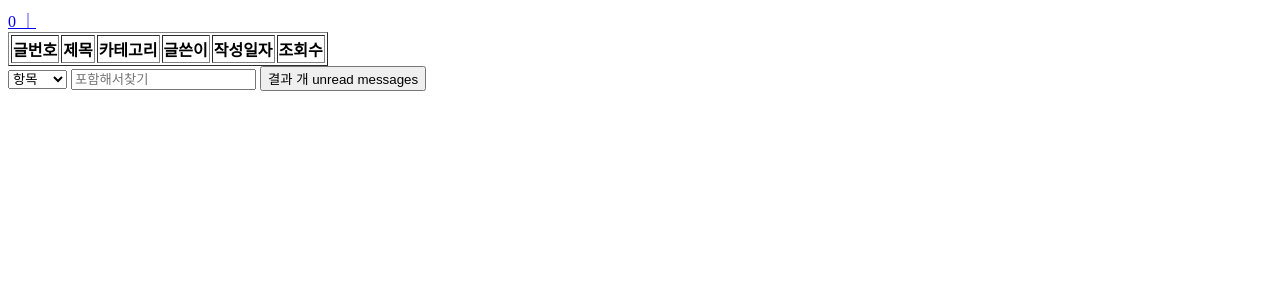
Repository: leehyeonung/project6
Page: http://localhost/book/WEB-INF/views/board/list.jsp
An editor plug-in stored every save of this project. The page is shown before and after the next save, followed by the edit.
The browser window is 1280 px wide. The pictures show the whole page.
The page is served by Tomcat 9. Nobody is signed in. Other server files are loaded and not shown. The template is opened directly, without the code that normally fills it, so the values that code supplies are empty.

Above is the page before, as saved 2023-01-04 06:12:18.

### book/src/main/webapp/WEB-INF/views/board/list.jsp
<%@ page language="java" contentType="text/html; charset=UTF-8"
    pageEncoding="UTF-8"%>
    <%@ taglib uri="http://java.sun.com/jsp/jstl/core" prefix="c"%>

<!DOCTYPE html>
<html>
<head>
<meta charset="UTF-8">
<title>Insert title here</title>
</head>
<body>
${ses.mem_id}
	<table border="1">
			<tr>
				<th>글번호</th>
				<th>제목</th>
				<th>카테고리</th>
				<th>글쓴이</th>
				<th>작성일자</th>
				<th>조회수</th>
			</tr>
						<c:forEach items="${list}" var="board">
				<c:choose>
					    <c:when test="${ses.mem_auth == '2'|| ses.mem_id == board.brd_writer}"> <!--관리자권한 정하기 -->
							<tr>
					   		<td>${board.brd_num}</td>
							<td><a href="/board/detail?brd_num=${board.brd_num}">${board.brd_title}</a></td>
							<td>${board.brd_category}</td>
					   		<td>${board.brd_writer}</td>
							<td>${board.brd_regdate}</td>
							<td>${board.brd_views}</td>
							</tr>
					    </c:when>
					    <c:otherwise>

							<tr>
								<td>${board.brd_num}</td>
								<td>

									<c:choose>
								 <c:when test="${ses.mem_id eq board.brd_writer}">
							${board.brd_title}
								  </c:when>
								   <c:otherwise>
										${board.brd_title}
								    </c:otherwise>
								</c:choose>
								</td>
								<td>${board.brd_category}</td>
								<c:choose>
								    <c:when test="${ses.mem_id eq board.brd_writer}">
								   		<td>${board.brd_writer}</td>
								    </c:when>
								    <c:otherwise>
										<td>******</td>
								    </c:otherwise>
								</c:choose>
								<td>${board.brd_regdate}</td>
								<td>${board.brd_views}</td>
							</tr>
					    </c:otherwise>
					</c:choose>
					    </c:forEach>


			<div>
			<c:if test="${pgh.prev}">
			<a href="/brd/list?pageNo=${pgh.startPage-1}&qty=${pgh.pgvo.qty}&type=${pgh.pgvo.type}&keyword=${pgh.pgvo.keyword}">prev</a>
			</c:if>
			<c:forEach begin="${pgh.startPage }" end="${pgh.endPage }" var="i">
				<a href="/brd/list?pageNo=${i}&qty=${pgh.pgvo.qty}&type=${pgh.pgvo.type}&keyword=${pgh.pgvo.keyword}">${i} ｜ </a>
			</c:forEach>
			<c:if test="${pgh.next}">
			<a href="/brd/list?pageNo=${pgh.endPage+1}&qty=${pgh.pgvo.qty}&type=${pgh.pgvo.type}&keyword=${pgh.pgvo.keyword}">next</a>
			</c:if>
			</div>
	</table>
	<!-- search -->

 <div class="col-sm-12 col-md-6">
	<form action="/brd/list" method="get">
		<div class="input-group mb-3">
		<!-- 값을 별도 저장 -->
		<c:set value="${pgh.pgvo.type}" var="typed"/>
  			<select class="form-select" name="type">
    			<option ${typed == null ? 'selected':'' }>항목</option>
    			<option value="t" ${typed eq 't' ? 'selected':'' }>제목</option>
    			<option value="c" ${typed eq 'c' ? 'selected':'' }>내용</option>
    			<option value="w" ${typed eq 'w' ? 'selected':'' }>작성자</option>
  			</select>
  			<input class="form-control" type="text" name="keyword" placeholder="포함해서찾기" value="${pgn.pgvo.keyword }">
  			<input type="hidden" name="pageNo" value="1">
  			<input type="hidden" name="qty" value="${pgh.pgvo.qty }">
  			<button type="submit" class="btn btn-success position-relative">
  			결과
  			<span class="position-absolute top-0 start-100 translate-middle badge rounded-pill bg-danger">
    		${pgh.totalCount}개
    		<span class="visually-hidden">unread messages</span></span>
  			</button>
		</div>
	</form>
	</div>
</body>
</html>

After the next save:
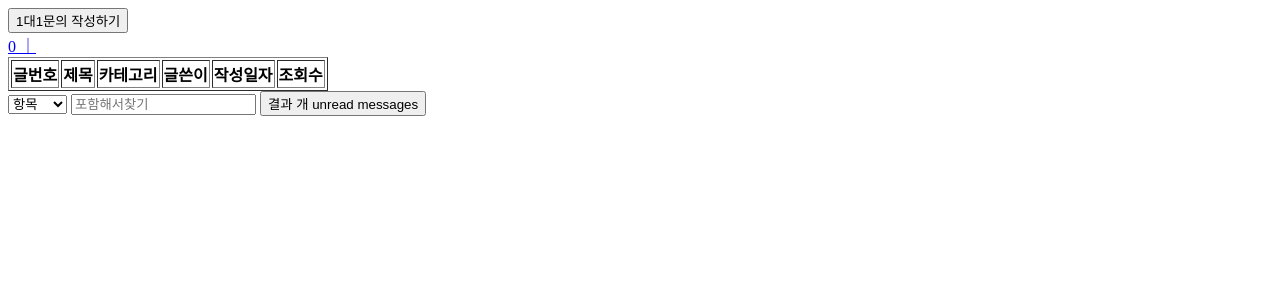
Saved 71 s later.
--- a/book/src/main/webapp/WEB-INF/views/board/list.jsp
+++ b/book/src/main/webapp/WEB-INF/views/board/list.jsp
@@ -10,6 +10,7 @@
 </head>
 <body>
 ${ses.mem_id}
+<button>1대1문의 작성하기</button>
 	<table border="1">
 			<tr>
 				<th>글번호</th>
